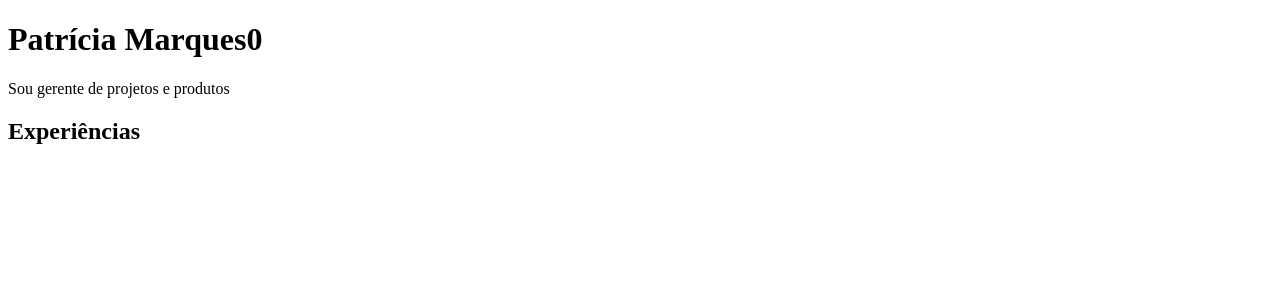
Repository: 27marques/avaliacao
Page: exercicio01/index.html
The author's editor kept a copy of each file at every save. The page is drawn from the files as they stood at one save, then again after the next save.
The browser window is 1280 px wide. The pictures show the whole page.

Above is the page before, as saved 2022-08-19 22:41:30.

### exercicio01/index.html
<!DOCTYPE html>
<html lang="pt -br">
<head>
    <meta charset="UTF-8">
    <meta http-equiv="X-UA-Compatible" content="IE=edge">
    <meta name="viewport" content="width=device-width, initial-scale=1.0">
    <title>Exercicio 01</title>
</head>
<body>
    <div class="container">
        <h1>Patrícia Marques0</h1>
        <p>Sou gerente de projetos e produtos</p>
        <h2>Experiências</h2>

    </div>

</body>
</html>

After the next save:
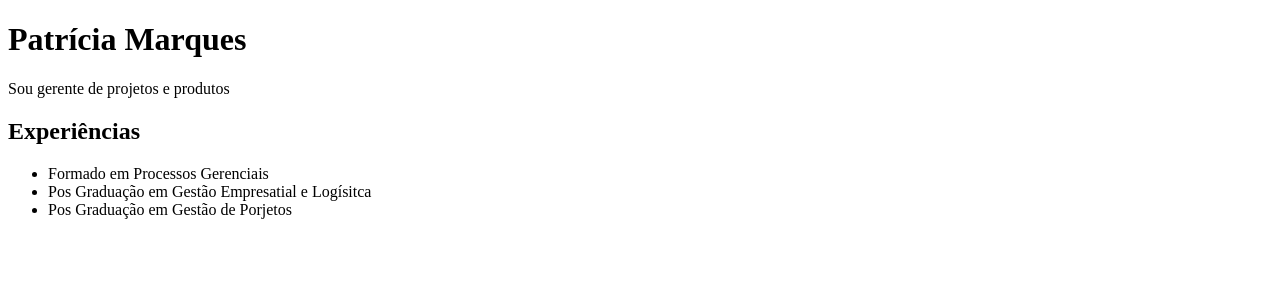
Saved 5 min 39 s later.
--- a/exercicio01/index.html
+++ b/exercicio01/index.html
@@ -8,9 +8,14 @@
 </head>
 <body>
     <div class="container">
-        <h1>Patrícia Marques0</h1>
+        <h1>Patrícia Marques</h1>
         <p>Sou gerente de projetos e produtos</p>
         <h2>Experiências</h2>
+        <ul>
+            <li>Formado em Processos Gerenciais</li>
+            <li>Pos Graduação em Gestão Empresatial e Logísitca</li>
+            <li>Pos Graduação em Gestão de Porjetos</li>
+        </ul>
 
     </div>
 
